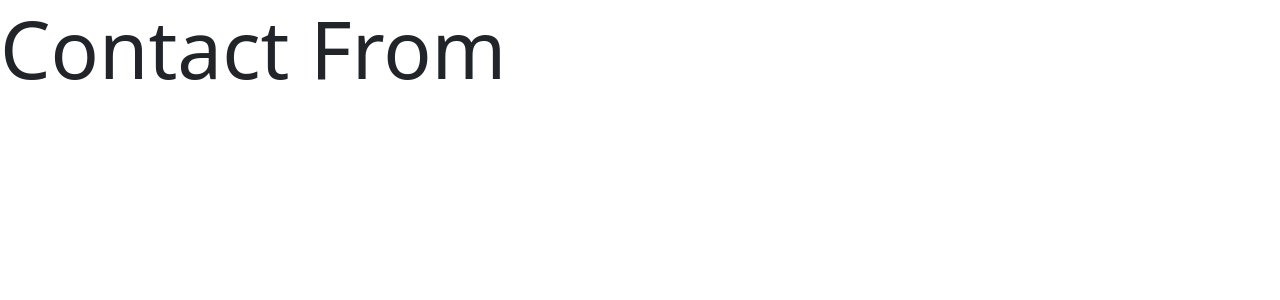
Repository: syni18/bootstrap_form
Page: index.html
An editor plug-in stored every save of this project. The page is shown before and after the next save, followed by the edit.
The browser window is 1280 px wide. The pictures show the whole page.

Above is the page before, as saved 2023-10-26 15:22:47.

After the next save:
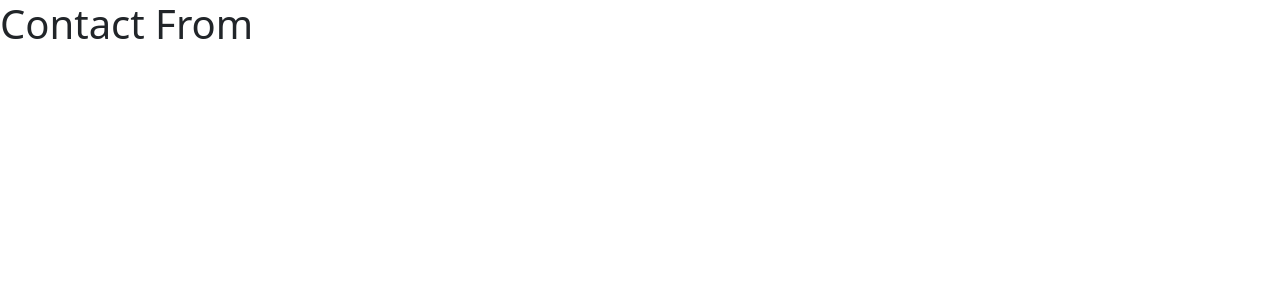
Saved 25 s later.
--- a/index.html
+++ b/index.html
@@ -7,7 +7,7 @@
     <title>Contact From</title>
 </head>
 <body>
-    <h1 class="display-1">Contact From</h1>
+    <h1 class="display-6">Contact From</h1>
     <script src="https://cdn.jsdelivr.net/npm/bootstrap@5.3.2/dist/js/bootstrap.bundle.min.js" integrity="sha384-C6RzsynM9kWDrMNeT87bh95OGNyZPhcTNXj1NW7RuBCsyN/o0jlpcV8Qyq46cDfL" crossorigin="anonymous"></script>
 </body>
 </html>
